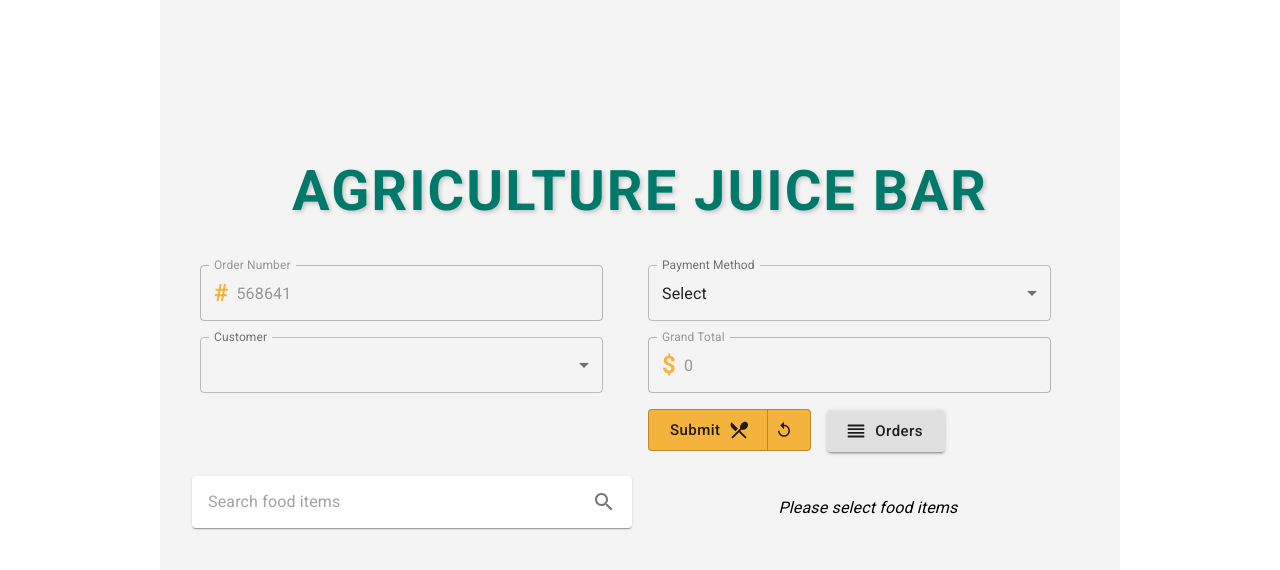
Repository: CydexCode/JuiceBarApplication
Page: / (app in restaurant-app/)
The author's editor kept a copy of each file at every save. The page is drawn from the files as they stood at one save, then again after a run of saves.
The browser window is 1280 px wide. The pictures show the whole page.
The page's requests for data from a server got no answer. The project was rebuilt for these pictures with package versions that can differ from the ones it lists, and the page was loaded fresh each time. No one was signed in, and anything a server would have sent is missing. Also part of the build but not shown: restaurant-app/src/layouts/Table.js, restaurant-app/src/components/Order/OrderList.js.

Above is the page before, as saved 2024-02-06 08:08:54.

### restaurant-app/public/index.html
<!DOCTYPE html>
<html lang="en">
  <head>
    <meta charset="utf-8" />
    <link rel="icon" href="%PUBLIC_URL%/favicon.ico" />
    <meta name="viewport" content="width=device-width, initial-scale=1" />
    <meta name="theme-color" content="#000000" />
    <meta
      name="description"
      content="Web site created using create-react-app"
    />
    <link rel="apple-touch-icon" href="%PUBLIC_URL%/logo192.png" />
    <!--
      manifest.json provides metadata used when your web app is installed on a
      user's mobile device or desktop. See https://developers.google.com/web/fundamentals/web-app-manifest/
    -->
    <link rel="manifest" href="%PUBLIC_URL%/manifest.json" />
    <!--
      Notice the use of %PUBLIC_URL% in the tags above.
      It will be replaced with the URL of the `public` folder during the build.
      Only files inside the `public` folder can be referenced from the HTML.

      Unlike "/favicon.ico" or "favicon.ico", "%PUBLIC_URL%/favicon.ico" will
      work correctly both with client-side routing and a non-root public URL.
      Learn how to configure a non-root public URL by running `npm run build`.
    -->

    <link rel="preconnect" href="https://fonts.googleapis.com" />
<link rel="preconnect" href="https://fonts.gstatic.com" crossorigin />
<link
  rel="stylesheet"
  href="https://fonts.googleapis.com/css2?family=Roboto:wght@300;400;500;600;700&display=swap"
/>

<link
  rel="stylesheet"
  href="https://fonts.googleapis.com/icon?family=Material+Icons"
/>

    <title>React App</title>

  </head>
  <body>
    <noscript>You need to enable JavaScript to run this app.</noscript>
    <div id="root"></div>
    <!--
      This HTML file is a template.
      If you open it directly in the browser, you will see an empty page.

      You can add webfonts, meta tags, or analytics to this file.
      The build step will place the bundled scripts into the <body> tag.

      To begin the development, run `npm start` or `yarn start`.
      To create a production bundle, use `npm run build` or `yarn build`.
    -->
  </body>
</html>

### restaurant-app/src/index.css
body {
  margin: 0;
  font-family:'Roboto', -apple-system, BlinkMacSystemFont, 'Segoe UI', 'Oxygen',
    'Ubuntu', 'Cantarell', 'Fira Sans', 'Droid Sans', 'Helvetica Neue',
    sans-serif;
  -webkit-font-smoothing: antialiased;
  -moz-osx-font-smoothing: grayscale;
}

code {
  font-family: source-code-pro, Menlo, Monaco, Consolas, 'Courier New',
    monospace;
}

### restaurant-app/src/App.js
import React from 'react';
import { Container, Typography, makeStyles } from '@material-ui/core';
import Order from './components/Order';
import { fontWeight } from '@mui/system';

const useStyles = makeStyles((theme) => ({
  container: {
    backgroundColor: '#f4f4f4',

    padding: theme.spacing(4),
    display: 'flex',
    flexDirection: 'column',
    alignItems: 'center',
    justifyContent: 'center',
    minHeight: '100vh',
  },
  title: {
    marginBottom: theme.spacing(4),
    fontSize: '3.5rem',
    marginTop: '-10px', // Move the title up by 10 pixels
    color: '#00796b', // Green color
    textAlign: 'center',
    textTransform: 'uppercase',
    letterSpacing: '2px',
    textShadow: '2px 2px 4px rgba(0, 0, 0, 0.2)',
    fontWeight: 700,
  },
}));

function App() {
  const classes = useStyles();

  return (
    <Container className={classes.container} maxWidth="md">
      <Typography className={classes.title} gutterBottom variant="h2" align="center">
        Agriculture Juice Bar
      </Typography>
      <Order />
    </Container>
  );
}

export default App;

### restaurant-app/src/components/Order/index.js
import React from 'react'
import OrderForm from './OrderForm';
import { useForm } from '../../hooks/useForm';
import { ButtonGroup, Grid, InputAdornment, makeStyles, Button as MuiButton } from '@material-ui/core'
import SearchFoodItems from './SearchFoodItems';
import OrderedFoodItems from './OrderedFoodItems';


const generateOrderNumber = () => Math.floor(10000 + Math.random() * 900000).toString();

const getFreshModelObject = () =>({
  orderMasterId :0,
  orderNumber :generateOrderNumber(),
  customerId : 0,
  pMethod : 'none',
  gTotal : 0,
  deletedOrderItemIds:'',
  orderDetails : []
})

export default function Order() {

  const {
    values,
    setValues,
    errors,
    setErrors,
    handleInputChange,
    resetFormControls
  } = useForm(getFreshModelObject)




  return (


<Grid container spacing={2}>

<Grid item xs={12}>
<OrderForm {...{ setValues,values, errors, handleInputChange,setErrors,resetFormControls }} />
            </Grid>

            <Grid item xs={6}>
                <SearchFoodItems
                 {...{

                      values,
                      setValues
                }}
                />

            </Grid>
            <Grid item xs={6}>
                <OrderedFoodItems
                    {...{

                      values,
                      setValues
                      }}
                />
            </Grid>
        </Grid>


  )
}

### restaurant-app/src/hooks/useForm.js
import React, { useState } from 'react'

export function useForm(getFreshModelObject) {

    const [values, setValues] = useState(getFreshModelObject());
    const [errors, setErrors] = useState({});

    const handleInputChange = e => {
        const { name, value } = e.target
        setValues({
            ...values,
            [name]: value
        })
    }

    const resetFormControls = () => {
        setValues(getFreshModelObject());
        setErrors({})
    }

    return {
        values,
        setValues,
        errors,
        setErrors,
        handleInputChange,
        resetFormControls
    }
}

### restaurant-app/src/components/Order/SearchFoodItems.js
import React, { useState, useEffect } from 'react'
import { createAPIEndpoint, ENDPIONTS } from "../../api";
import { List, ListItem, ListItemText, Paper, InputBase, IconButton, makeStyles, ListItemSecondaryAction } from '@material-ui/core';
import SearchTwoToneIcon from '@mui/icons-material/SearchTwoTone';
import PlusOneIcon from '@mui/icons-material/PlusOne';
import ArrowForwardIosIcon from '@mui/icons-material/ArrowForwardIos';

const useStyles = makeStyles(theme => ({
    searchPaper: {
        padding: '2px 4px',
        display: 'flex',
        alignItems: 'center',
    },
    searchInput: {
        marginLeft: theme.spacing(1.5),
        flex: 1,
    },
    listRoot: {
        marginTop: theme.spacing(1),
        maxHeight: 450,
        overflow: 'auto',
        '& li:hover': {
            cursor: 'pointer',
            backgroundColor: '#E3E3E3'
        },
        '& li:hover .MuiButtonBase-root': {
            display: 'block',
            color: '#000',
        },
        '& .MuiButtonBase-root': {
            display: 'none'
        },
        '& .MuiButtonBase-root:hover': {
            backgroundColor: 'transparent'
        }
    }
}))

export default function SearchFoodItems(props) {


    const { values, setValues } = props;
    let orderedFoodItems = values.orderDetails;

    const [foodItems, setFoodItems] = useState([]);
    const [searchList, setSearchList] = useState([]);
    const [searchKey, setSearchKey] = useState('');
    const classes = useStyles();

    useEffect(() => {
        createAPIEndpoint(ENDPIONTS.FOODITEM).fetchAll()
            .then(res => {
                setFoodItems(res.data);
                setSearchList(res.data);
            })
            .catch(err => console.log(err))

    }, [])

    useEffect(() => {
        let x = [...foodItems];
        x = x.filter(y => {
            return y.foodItemName.toLowerCase().includes(searchKey.toLocaleLowerCase())
                && orderedFoodItems.every(item => item.foodItemId != y.foodItemId)
        });
        setSearchList(x);
    }, [searchKey, orderedFoodItems])

    const addFoodItem = foodItem => {
        let x = {
            orderMasterId: values.orderMasterId,
            orderDetailId: 0,
            foodItemId: foodItem.foodItemId,
            quantity: 1,
            foodItemPrice: foodItem.price,
            foodItemName: foodItem.foodItemName
        }
        setValues({
            ...values,
            orderDetails: [...values.orderDetails, x]
        })
    }




    return(

        <div>
        <Paper className = {classes.searchPaper}>
            <InputBase
            className={classes.searchInput}
            value={searchKey}
            onChange={e => setSearchKey(e.target.value)}
            placeholder="Search food items"/>
            <IconButton>
                < SearchTwoToneIcon ></SearchTwoToneIcon>
            </IconButton>
        </Paper>



        <List className={classes.listRoot}>
             {
             searchList.map((item, idx)=>(
                  <ListItem
                  key={idx}
                  onClick={e =>addFoodItem(item)}
                  >
                    <ListItemText
                      primary={item.foodItemName}
                      secondary = {'$'+item.price}/>
                       <ListItemSecondaryAction>
                                <IconButton onClick={e =>addFoodItem(item)}>
                                    <PlusOneIcon></PlusOneIcon>
                                    <ArrowForwardIosIcon/>
                                </IconButton>
                    </ListItemSecondaryAction>
                  </ListItem>

             ))
            }
        </List>

        </div>

    )

}

### restaurant-app/src/components/Order/OrderedFoodItems.js
import React from 'react'
import { List, ListItemText, Paper, ListItem, ListItemSecondaryAction, IconButton, ButtonGroup, Button, makeStyles } from '@material-ui/core';
// import DeleteTwoToneIcon from '@material-ui/icons/DeleteTwoTone';
import { roundTo2DecimalPoint } from "../../utils";
import DeleteTwoToneIcon from '@mui/icons-material/DeleteTwoTone';
import SearchFoodItems from './SearchFoodItems';
import Order from './index';



const useStyles = makeStyles(theme => ({
    paperRoot: {
        margin: '15px 0px',
        '&:hover': {
            cursor: 'pointer'
        },
        '&:hover $deleteButton': {
            display: 'block'
        }
    },
    buttonGroup: {
        backgroundColor: '#E3E3E3',
        borderRadius: 8,
        '& .MuiButtonBase-root ': {
            border: 'none',
            minWidth: '25px',
            padding: '1px'
        },
        '& button:nth-child(2)': {
            fontSize: '1.2em',
            color: '#000'
        }
    },
    deleteButton: {
        display: 'none',
        '& .MuiButtonBase-root': {
            color: '#E81719'
        },
    },
    totalPerItem: {
        fontWeight: 'bolder',
        fontSize: '1.2em',
        margin: '0px 10px'
    }
}))

export default function OrderedFoodItems(props) {

    const {values,setValues } = props;
    const classes = useStyles();

    let orderedFoodItems = values.orderDetails;

    const removeFoodItem = (index, id) => {
        debugger;
        let x = { ...values };
        x.orderDetails = x.orderDetails.filter((_, i) => i != index);
        if (id != 0)
            x.deletedOrderItemIds += id + ',';
        setValues({ ...x });
      }

    const updateQuantity = (idx, value) => {
        let x = { ...values };
        let foodItem = x.orderDetails[idx];
        if (foodItem.quantity + value > 0) {
            foodItem.quantity += value;
            setValues({ ...x });
        }
    }


  return (
   <List>
     {   orderedFoodItems.length == 0 ?
      <ListItem>
      <ListItemText
          primary="Please select food items"
          primaryTypographyProps={{
              style: {
                  textAlign: 'center',
                  fontStyle: 'italic'
              }
          }}
      />
  </ListItem>
    : orderedFoodItems.map((item,idx)=>(
        <paper key={idx} className={classes.paperRoot}>
            <ListItem>
                <ListItemText
                    primary={item.foodItemName}
                    primaryTypographyProps={{
                                    component: 'h1',
                                    style: {
                                        fontWeight: '500',
                                        fontSize: '1.2em'
                                    }
                                }}
                      secondary = {
                        <>
                        <ButtonGroup
                        className={classes.buttonGroup}
                        size="small">
                            <Button
                            onClick={e => updateQuantity(idx, -1)}
                            >-</Button>
                            <Button
                            disabled
                            >{item.quantity}</Button>
                            <Button
                             onClick={e => updateQuantity(idx, +1)}
                            >+</Button>
                        </ButtonGroup>
                        <span className={classes.totalPerItem}>
                        {'$' + roundTo2DecimalPoint(item.quantity * item.foodItemPrice)}
                        </span>
                        </>
                      }
                      secondaryTypographyProps={{
                        component: 'div'
                      }}

                />
                <ListItemSecondaryAction
                className={classes.deleteButton}
                >
                    <IconButton
                    disableRipple
                    onClick={ e => removeFoodItem(idx,item.orderDetailId)}
                    >
                        <DeleteTwoToneIcon/>

                    </IconButton>
                </ListItemSecondaryAction>
            </ListItem>

        </paper>
     ))

     }
   </List>
  )
}

### restaurant-app/src/layouts/Form.js
import React from 'react'

import { makeStyles } from "@material-ui/core";

const useStyles = makeStyles(theme => ({
    root: {
        '& .MuiFormControl-root': {
            width: '90%',
            margin: theme.spacing(1)
        }
    }
}))

export default function Form(props) {
    const classes = useStyles();
    const { children, ...other } = props;


    return (
        <form className={classes.root} noValidate autoComplete="off" {...other}>
            {children}
        </form>
    )
}

### restaurant-app/src/controls/index.js
export { default as Button } from './Button'
export { default as Input } from './Input'
export { default as Select } from './Select'

### restaurant-app/src/api/index.js
import axios from "axios";

const BASE_URL = 'http://localhost:53688/api/';

export const ENDPIONTS = {
    CUSTOMER: 'Customer',
    FOODITEM: 'FoodItem',
    ORDER: 'Order'
}

export const createAPIEndpoint = endpoint => {

    let url = BASE_URL + endpoint + '/';
    return {
        fetchAll: () => axios.get(url),
        fetchById: id => axios.get(url + id),
        create: newRecord => axios.post(url, newRecord),
        update: (id, updatedRecord) => axios.put(url + id, updatedRecord),
        delete: id => axios.delete(url + id)
    }
}

### restaurant-app/src/utils/index.js
export const roundTo2DecimalPoint = value => Math.round((value + Number.EPSILON) * 100) / 100;

### restaurant-app/src/layouts/Popup.js
import React from 'react'
import { Dialog, DialogTitle, DialogContent, makeStyles, Typography, IconButton } from '@material-ui/core';
import CloseIcon from '@mui/icons-material/Close';

const useStyles = makeStyles(theme => ({
    dialogWrapper: {
        padding: theme.spacing(2),
        position: 'absolute',
        top: theme.spacing(5)
    },
    dialogTitle: {
        paddingRight: '0px'
    }
}))

export default function Popup(props) {

    const { title, children, openPopup, setOpenPopup } = props;
    const classes = useStyles();

    return (
        <Dialog open={openPopup} maxWidth="md" classes={{ paper: classes.dialogWrapper }}>
            <DialogTitle className={classes.dialogTitle}>
                <div style={{ display: 'flex' }}>
                    <Typography variant="h6" component="div" style={{ flexGrow: 1 }}>
                        {title}
                    </Typography>
                    <IconButton
                        onClick={() => { setOpenPopup(false) }}>
                        <CloseIcon />
                    </IconButton>
                </div>
            </DialogTitle>
            <DialogContent dividers>
                {children}
            </DialogContent>
        </Dialog>
    )
}

### restaurant-app/src/layouts/Notification.js
import React from 'react'
import { Snackbar, makeStyles } from '@material-ui/core';
import { Alert } from '@material-ui/lab';

const useStyles = makeStyles(theme => ({
    root: {
        top: theme.spacing(9),
        '& .MuiAlert-root': {
            backgroundColor: '#f3b33d',
            color: '#000'
        },
        '& .MuiAlert-icon': {
            color: '#000'
        }
    }
}))

export default function Notification(props) {

    const { notify, setNotify } = props;
    const classes = useStyles()

    const handleClose = (event, reason) => {
        if (reason === 'clickaway') {
            return;
        }
        setNotify({
            ...notify,
            isOpen: false
        })
    }

    return (
        <Snackbar
            autoHideDuration={3000}
            className={classes.root}
            open={notify.isOpen}
            anchorOrigin={{ vertical: 'top', horizontal: 'right' }}
            onClose={handleClose}>
            <Alert
                onClose={handleClose}>
                {notify.message}
            </Alert>
        </Snackbar>
    )
}

### restaurant-app/src/controls/Button.js
import React from 'react'
import { Button as MuiButton, makeStyles } from "@material-ui/core";

const useStyles = makeStyles(theme => ({
    root: {
        margin: theme.spacing(1),
        '& .MuiButton-label': {
            textTransform: 'none'
        }
    }
}))

export default function Button(props) {

    const { children, color, variant, onClick, className, ...other } = props;
    const classes = useStyles();

    return (
        <MuiButton
            className={classes.root + ' ' + (className || '')}
            variant={variant || "contained"}
            color={color || "default"}
            onClick={onClick}
            {...other}>
            {children}
        </MuiButton>
    )
}

### restaurant-app/src/controls/Input.js
import React from 'react'
import { TextField } from '@material-ui/core';

export default function Input(props) {

    const { name, label, value, variant, onChange, error = null, ...other } = props;
    return (
        <TextField
            variant={variant || "outlined"}
            label={label}
            name={name}
            value={value}
            onChange={onChange}
            {...other}
            {...(error && { error: true, helperText: error })}
        />
    )
}

### restaurant-app/src/controls/Select.js
import React from 'react'
import { FormControl, InputLabel, Select as MuiSelect, MenuItem, FormHelperText } from '@material-ui/core';

export default function Select(props) {

    const { name, label, value, varient, onChange, options, error = null } = props;

    return (
        <FormControl
            variant={varient || "outlined"}
            {...(error && { error: true })}>
            <InputLabel>{label}</InputLabel>
            <MuiSelect
                label={label}
                name={name}
                value={value}
                onChange={onChange}>
                {
                    options.map(
                        item => (<MenuItem key={item.id} value={item.id}>{item.title}</MenuItem>)
                    )
                }
            </MuiSelect>
            {error && <FormHelperText>{error}</FormHelperText>}
        </FormControl>
    )
}

Loaded but not shown: restaurant-app/src/index.js (common file); restaurant-app/src/reportWebVitals.js (common file); restaurant-app/src/components/Order/OrderForm.js (213 lines, source omitted)

After the next 2 saves:
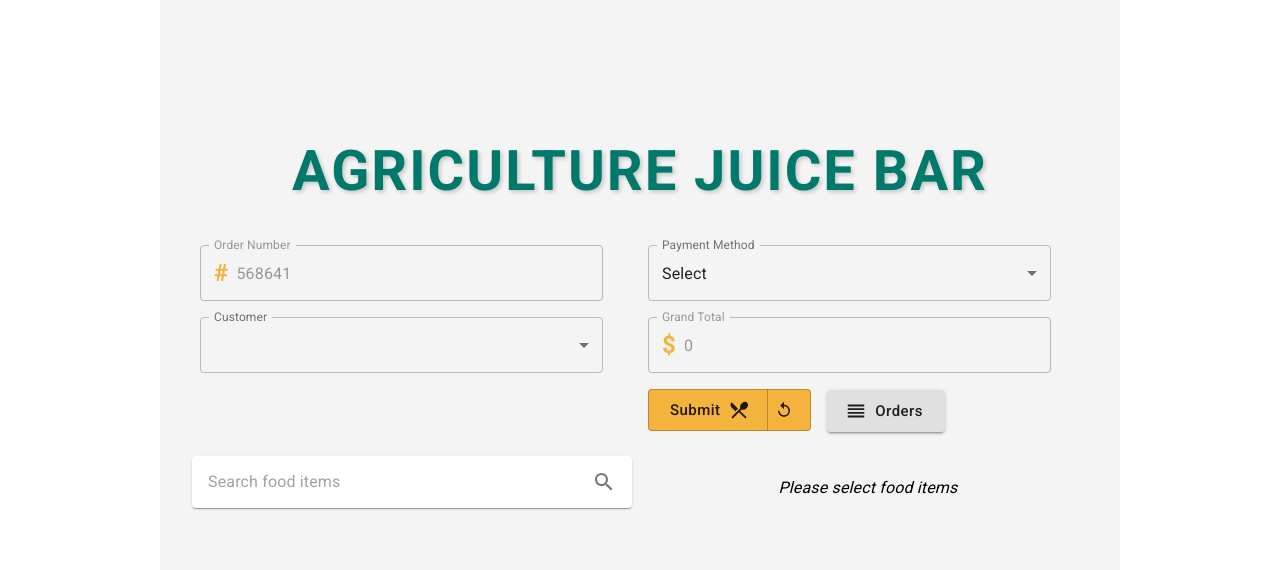
The 2 saves are shown as one change because they came seconds apart.
The last was saved 18 s later.
--- a/restaurant-app/src/App.js
+++ b/restaurant-app/src/App.js
@@ -17,7 +17,7 @@ const useStyles = makeStyles((theme) => ({
   title: {
     marginBottom: theme.spacing(4),
     fontSize: '3.5rem',
-    marginTop: '-10px', // Move the title up by 10 pixels
+    marginTop: '-50px', // Move the title up by 10 pixels
     color: '#00796b', // Green color
     textAlign: 'center',
     textTransform: 'uppercase',
